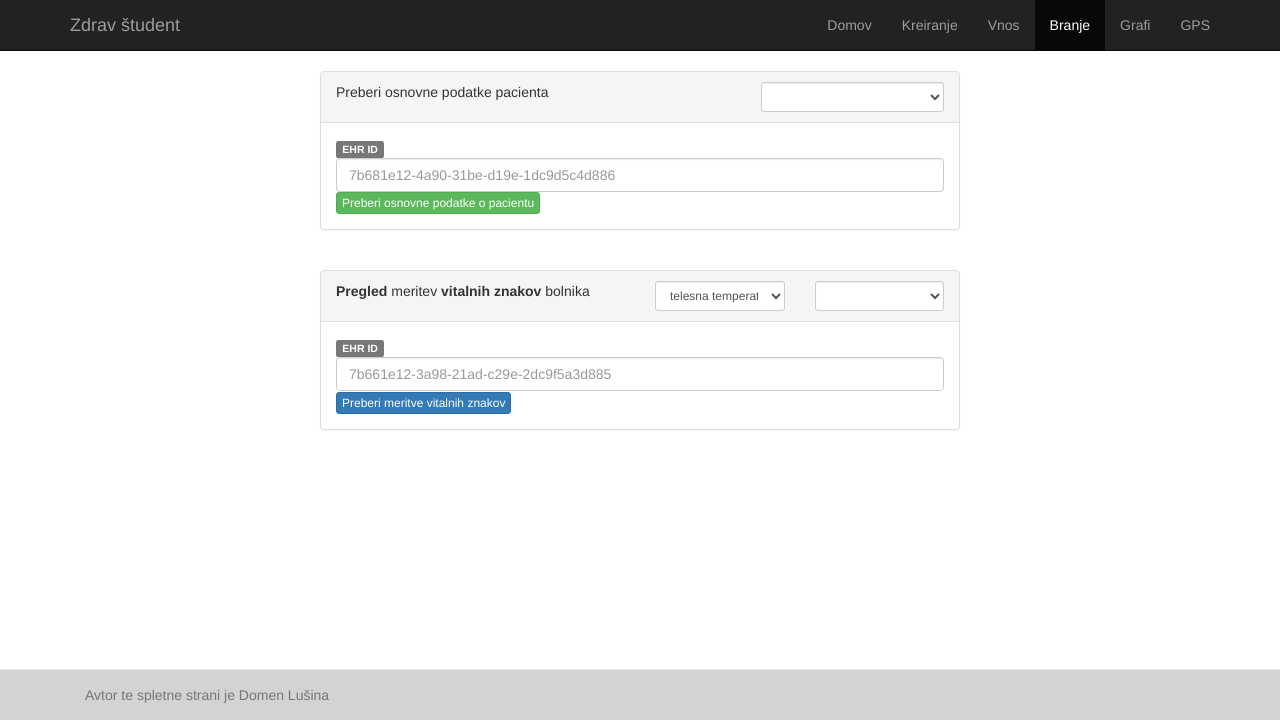
Repository: dl4184/ois-dn4
Page: branje.html
The author's editor kept a record of every edit. The page is drawn from the files as they stood at one moment, then again after the next edit.
The browser window is 1280 px wide. The pictures show the whole page.
Some web libraries are served in a nearby version.

Above is the page before.
Not found: css/styles.css

### branje.html
    <!DOCTYPE html>
    <html>
            <head>
                    <title>WebApp ois</title>
                    <meta charset="utf-8">
                    <meta name="viewport" content="width=device-width, initial-scale=1.0">
                    <script src = "http://ajax.googleapis.com/ajax/libs/jquery/2.1.0/jquery.min.js"></script>
                    <script src = "js/bootstrap.js"></script>
                    <link href = "css/bootstrap.min.css" rel = "stylesheet">
                    <link href = "css/styles.css" rel = "stylesheet">
                    <script src="demo.js"></script>
            </head>
            <body>

                    <div class = "navbar navbar-inverse navbar-static-top">
                            <div class = "container">

                                    <a href = "index.html" class = "navbar-brand">Zdrav študent</a>

                                    <button class = "navbar-toggle" data-toggle = "collapse" data-target = ".navHeaderCollapse">
                                            <span class = "icon-bar"></span>
                                            <span class = "icon-bar"></span>
                                            <span class = "icon-bar"></span>
                                    </button>

                                    <div class = "collapse navbar-collapse navHeaderCollapse">

                                            <ul class = "nav navbar-nav navbar-right">

                                                    <li><a href = "index.html">Domov</a></li>
                                                    <li><a href = "kreiranje.html">Kreiranje</a></li>
                                                    <li><a href = "vnos.html">Vnos</a></li>
                                                    <li class = "active"><a href = "branje.html">Branje</a></li>
													<li><a href = "grafi.html">Grafi</a></li>
													<li><a href = "gps.html">GPS</a></li>

                                            </ul>

                                    </div>

                            </div>
                    </div>

                    	<div class="panel panel-default" style="width: 50%;margin: 0 auto">
                            <div class="panel-heading">
                                <div class="row">
                                    <div class="col-lg-8 col-md-8 col-sm-8">Preberi osnovne podatke pacienta</div>
                                    <div class="col-lg-4 col-md-4 col-sm-4"><select class="form-control input-sm" id="preberiObstojeciEHR"><option value=""></select></div>
                                </div>
                            </div>
                            <div class="panel-body">
                            <span class="label label-default">EHR ID</span><input id="preberiEHRid" type="text" class="form-control input-mini" placeholder="7b681e12-4a90-31be-d19e-1dc9d5c4d886">
                            <button type="button" class="btn btn-success btn-xs" onclick="preberiEHRBolnika()">Preberi osnovne podatke o pacientu</button><span id="preberiSporocilo"></span>
                            </div>
                        </div>
                        <br></br>
                        <div class="panel panel-default" style="width: 50%;margin: 0 auto">
					        <div class="panel-heading">
						        <div class="row">
							        <div class="col-lg-6 col-md-6 col-sm-6"><b>Pregled</b> meritev <b>vitalnih znakov</b> bolnika</div>
							        <div class="col-lg-3 col-md-3 col-sm-3"><select class="form-control input-sm" id="preberiTipZaVitalneZnake"><option value="telesna temperatura">telesna temperatura</option><option value="telesna temperatura AQL">telesna temperatura (filter na podhladitev)</option><option value="telesna teža">telesna teža</option></select></div>
							        <div class="col-lg-3 col-md-3 col-sm-3"><select class="form-control input-sm" id="preberiEhrIdZaVitalneZnake"><option value=""></option><option value="b931580f-2b05-488b-985b-8d9ffb08ad02">Ata Smrk</option></select></div>
						        </div>
					        </div>
    					    <div class="panel-body">
    						    <span class="label label-default">EHR ID</span><input id="meritveVitalnihZnakovEHRid" type="text" class="form-control input-mini" placeholder="7b661e12-3a98-21ad-c29e-2dc9f5a3d885">
    						    <button type="button" class="btn btn-primary btn-xs" onclick="preberiMeritveVitalnihZnakov('telesna temperatura')">Preberi meritve vitalnih znakov</button><span id="preberiMeritveVitalnihZnakovSporocilo"></span>
    						    <div id="rezultatMeritveVitalnihZnakov"></div>
    				  	    </div>
				        </div>


					 <div class = "navbar navbar-default navbar-fixed-bottom" style="background-color:lightgray">

                        <div class = "container">
                                <p class = "navbar-text pull-left">Avtor te spletne strani je Domen Lušina</p>
                        </div>

					</div>



            </body>
    </html>

### demo.js

var baseUrl = 'https://rest.ehrscape.com/rest/v1';
var queryUrl = baseUrl + '/query';

var username = "ois.seminar";
var password = "ois4fri";

function getSessionId() {
    var response = $.ajax({
        type: "POST",
        url: baseUrl + "/session?username=" + encodeURIComponent(username) +
                "&password=" + encodeURIComponent(password),
        async: false
    });
    return response.responseJSON.sessionId;
}


function kreirajEHRzaBolnika() {
	sessionId = getSessionId();

	var ime = $("#kreirajIme").val();
	var priimek = $("#kreirajPriimek").val();
	var datumRojstva = $("#kreirajDatumRojstva").val();

	if (!ime || !priimek || !datumRojstva || ime.trim().length == 0 || priimek.trim().length == 0 || datumRojstva.trim().length == 0) {
		$("#kreirajSporocilo").html("<span class='obvestilo label label-warning fade-in'>Prosim vnesite zahtevane podatke!</span>");
	} else {
		$.ajaxSetup({
		    headers: {"Ehr-Session": sessionId}
		});
		$.ajax({
		    url: baseUrl + "/ehr",
		    type: 'POST',
		    success: function (data) {
		        var ehrId = data.ehrId;
		        var partyData = {
		            firstNames: ime,
		            lastNames: priimek,
		            dateOfBirth: datumRojstva,
		            partyAdditionalInfo: [{key: "ehrId", value: ehrId}]
		        };
		        $.ajax({
		            url: baseUrl + "/demographics/party",
		            type: 'POST',
		            contentType: 'application/json',
		            data: JSON.stringify(partyData),
		            success: function (party) {
		                if (party.action == 'CREATE') {
		                    $("#kreirajSporocilo").html("<span class='obvestilo label label-success fade-in'>Uspešno kreiran EHR '" + ehrId + "'.</span>");
		                    console.log("Uspešno kreiran EHR '" + ehrId + "'.");
		                    $("#preberiEHRid").val(ehrId);
		                }
		            },
		            error: function(err) {
		            	$("#kreirajSporocilo").html("<span class='obvestilo label label-danger fade-in'>Napaka '" + JSON.parse(err.responseText).userMessage + "'!");
		            	console.log(JSON.parse(err.responseText).userMessage);
		            }
		        });
		    }
		});
	}
}


function preberiEHRBolnika() {
	sessionId = getSessionId();

	var ehrId = $("#preberiEHRid").val();

	if (!ehrId || ehrId.trim().length == 0) {
		$("#preberiSporocilo").html("<span class='obvestilo label label-warning fade-in'>Prosim vnesite zahtevan podatek!");
	} else {
		$.ajax({
			url: baseUrl + "/demographics/ehr/" + ehrId + "/party",
			type: 'GET',
			headers: {"Ehr-Session": sessionId},
	    	success: function (data) {
				var party = data.party;
				$("#preberiSporocilo").html("<span class='obvestilo label label-success fade-in'>Bolnik '" + party.firstNames + " " + party.lastNames + "', ki se je rodil '" + party.dateOfBirth + "'.</span>");
				console.log("Bolnik '" + party.firstNames + " " + party.lastNames + "', ki se je rodil '" + party.dateOfBirth + "'.");
			},
			error: function(err) {
				$("#preberiSporocilo").html("<span class='obvestilo label label-danger fade-in'>Napaka '" + JSON.parse(err.responseText).userMessage + "'!");
				console.log(JSON.parse(err.responseText).userMessage);
			}
		});
	}
}


function dodajMeritveVitalnihZnakov() {
	sessionId = getSessionId();

	var ehrId = $("#dodajVitalnoEHR").val();
	var datumInUra = $("#dodajVitalnoDatumInUra").val();
	var telesnaVisina = $("#dodajVitalnoTelesnaVisina").val();
	var telesnaTeza = $("#dodajVitalnoTelesnaTeza").val();
	var telesnaTemperatura = $("#dodajVitalnoTelesnaTemperatura").val();
	var sistolicniKrvniTlak = $("#dodajVitalnoKrvniTlakSistolicni").val();
	var diastolicniKrvniTlak = $("#dodajVitalnoKrvniTlakDiastolicni").val();
	var nasicenostKrviSKisikom = $("#dodajVitalnoNasicenostKrviSKisikom").val();
	var merilec = $("#dodajVitalnoMerilec").val();

	if (!ehrId || ehrId.trim().length == 0) {
		$("#dodajMeritveVitalnihZnakovSporocilo").html("<span class='obvestilo label label-warning fade-in'>Prosim vnesite zahtevane podatke!</span>");
	} else {
		$.ajaxSetup({
		    headers: {"Ehr-Session": sessionId}
		});
		var podatki = {
			// Preview Structure: https://rest.ehrscape.com/rest/v1/template/Vital%20Signs/example
		    "ctx/language": "en",
		    "ctx/territory": "SI",
		    "ctx/time": datumInUra,
		    "vital_signs/height_length/any_event/body_height_length": telesnaVisina,
		    "vital_signs/body_weight/any_event/body_weight": telesnaTeza,
		   	"vital_signs/body_temperature/any_event/temperature|magnitude": telesnaTemperatura,
		    "vital_signs/body_temperature/any_event/temperature|unit": "°C",
		    "vital_signs/blood_pressure/any_event/systolic": sistolicniKrvniTlak,
		    "vital_signs/blood_pressure/any_event/diastolic": diastolicniKrvniTlak,
		    "vital_signs/indirect_oximetry:0/spo2|numerator": nasicenostKrviSKisikom
		};
		var parametriZahteve = {
		    "ehrId": ehrId,
		    templateId: 'Vital Signs',
		    format: 'FLAT',
		    committer: merilec
		};
		$.ajax({
		    url: baseUrl + "/composition?" + $.param(parametriZahteve),
		    type: 'POST',
		    contentType: 'application/json',
		    data: JSON.stringify(podatki),
		    success: function (res) {
		    	console.log(res.meta.href);
		        $("#dodajMeritveVitalnihZnakovSporocilo").html("<span class='obvestilo label label-success fade-in'>" + res.meta.href + ".</span>");
		    },
		    error: function(err) {
		    	$("#dodajMeritveVitalnihZnakovSporocilo").html("<span class='obvestilo label label-danger fade-in'>Napaka '" + JSON.parse(err.responseText).userMessage + "'!");
				console.log(JSON.parse(err.responseText).userMessage);
		    }
		});
	}
}


function preberiMeritveVitalnihZnakov() {
	sessionId = getSessionId();

	var ehrId = $("#meritveVitalnihZnakovEHRid").val();
	var tip = $("#preberiTipZaVitalneZnake").val();

	if (!ehrId || ehrId.trim().length == 0 || !tip || tip.trim().length == 0) {
		$("#preberiMeritveVitalnihZnakovSporocilo").html("<span class='obvestilo label label-warning fade-in'>Prosim vnesite zahtevan podatek!");
	} else {
		$.ajax({
			url: baseUrl + "/demographics/ehr/" + ehrId + "/party",
	    	type: 'GET',
	    	headers: {"Ehr-Session": sessionId},
	    	success: function (data) {
				var party = data.party;
				$("#rezultatMeritveVitalnihZnakov").html("<br/><span>Pridobivanje podatkov za <b>'" + tip + "'</b> bolnika <b>'" + party.firstNames + " " + party.lastNames + "'</b>.</span><br/><br/>");
				if (tip == "telesna temperatura") {
					$.ajax({
					    url: baseUrl + "/view/" + ehrId + "/" + "body_temperature",
					    type: 'GET',
					    headers: {"Ehr-Session": sessionId},
					    success: function (res) {
					    	if (res.length > 0) {
						    	var results = "<table class='table table-striped table-hover'><tr><th>Datum in ura</th><th class='text-right'>Telesna temperatura</th></tr>";
						        for (var i in res) {
						            results += "<tr><td>" + res[i].time + "</td><td class='text-right'>" + res[i].temperature + " " 	+ res[i].unit + "</td>";
						        }
						        results += "</table>";
						        $("#rezultatMeritveVitalnihZnakov").append(results);
					    	} else {
					    		$("#preberiMeritveVitalnihZnakovSporocilo").html("<span class='obvestilo label label-warning fade-in'>Ni podatkov!</span>");
					    	}
					    },
					    error: function() {
					    	$("#preberiMeritveVitalnihZnakovSporocilo").html("<span class='obvestilo label label-danger fade-in'>Napaka '" + JSON.parse(err.responseText).userMessage + "'!");
							console.log(JSON.parse(err.responseText).userMessage);
					    }
					});
				} else if (tip == "telesna teža") {
					$.ajax({
					    url: baseUrl + "/view/" + ehrId + "/" + "weight",
					    type: 'GET',
					    headers: {"Ehr-Session": sessionId},
					    success: function (res) {
					    	if (res.length > 0) {
						    	var results = "<table class='table table-striped table-hover'><tr><th>Datum in ura</th><th class='text-right'>Telesna teža</th></tr>";
						        for (var i in res) {
						            results += "<tr><td>" + res[i].time + "</td><td class='text-right'>" + res[i].weight + " " 	+ res[i].unit + "</td>";
						        }
						        results += "</table>";
						        $("#rezultatMeritveVitalnihZnakov").append(results);
					    	} else {
					    		$("#preberiMeritveVitalnihZnakovSporocilo").html("<span class='obvestilo label label-warning fade-in'>Ni podatkov!</span>");
					    	}
					    },
					    error: function() {
					    	$("#preberiMeritveVitalnihZnakovSporocilo").html("<span class='obvestilo label label-danger fade-in'>Napaka '" + JSON.parse(err.responseText).userMessage + "'!");
							console.log(JSON.parse(err.responseText).userMessage);
					    }
					});
				} else if (tip == "telesna temperatura AQL") {
					var AQL =
						"select " +
    						"t/data[at0002]/events[at0003]/time/value as cas, " +
    						"t/data[at0002]/events[at0003]/data[at0001]/items[at0004]/value/magnitude as temperatura_vrednost, " +
    						"t/data[at0002]/events[at0003]/data[at0001]/items[at0004]/value/units as temperatura_enota " +
						"from EHR e[e/ehr_id/value='" + ehrId + "'] " +
						"contains OBSERVATION t[openEHR-EHR-OBSERVATION.body_temperature.v1] " +
						"where t/data[at0002]/events[at0003]/data[at0001]/items[at0004]/value/magnitude<35 " +
						"order by t/data[at0002]/events[at0003]/time/value desc " +
						"limit 10";
					$.ajax({
					    url: baseUrl + "/query?" + $.param({"aql": AQL}),
					    type: 'GET',
					    headers: {"Ehr-Session": sessionId},
					    success: function (res) {
					    	var results = "<table class='table table-striped table-hover'><tr><th>Datum in ura</th><th class='text-right'>Telesna temperatura</th></tr>";
					    	if (res) {
					    		var rows = res.resultSet;
						        for (var i in rows) {
						            results += "<tr><td>" + rows[i].cas + "</td><td class='text-right'>" + rows[i].temperatura_vrednost + " " 	+ rows[i].temperatura_enota + "</td>";
						        }
						        results += "</table>";
						        $("#rezultatMeritveVitalnihZnakov").append(results);
					    	} else {
					    		$("#preberiMeritveVitalnihZnakovSporocilo").html("<span class='obvestilo label label-warning fade-in'>Ni podatkov!</span>");
					    	}

					    },
					    error: function() {
					    	$("#preberiMeritveVitalnihZnakovSporocilo").html("<span class='obvestilo label label-danger fade-in'>Napaka '" + JSON.parse(err.responseText).userMessage + "'!");
							console.log(JSON.parse(err.responseText).userMessage);
					    }
					});
				}
	    	},
	    	error: function(err) {
	    		$("#preberiMeritveVitalnihZnakovSporocilo").html("<span class='obvestilo label label-danger fade-in'>Napaka '" + JSON.parse(err.responseText).userMessage + "'!");
				console.log(JSON.parse(err.responseText).userMessage);
	    	}
		});
	}
}


$(document).ready(function() {
    $.ajax({
            url : "clanek.txt",
            dataType: "text",
            success : function (data) {
                $(".text").html(data);
            }
        });
	$('#preberiObstojeciEHR').change(function() {
		$("#preberiSporocilo").html("");
		$("#preberiEHRid").val($(this).val());
	});
	$('#preberiPredlogoBolnika').change(function() {
		$("#kreirajSporocilo").html("");
		var podatki = $(this).val().split(",");
		$("#kreirajIme").val(podatki[0]);
		$("#kreirajPriimek").val(podatki[1]);
		$("#kreirajDatumRojstva").val(podatki[2]);
	});
	$('#preberiObstojeciVitalniZnak').change(function() {
		$("#dodajMeritveVitalnihZnakovSporocilo").html("");
		var podatki = $(this).val().split("|");
		$("#dodajVitalnoEHR").val(podatki[0]);
		$("#dodajVitalnoDatumInUra").val(podatki[1]);
		$("#dodajVitalnoTelesnaVisina").val(podatki[2]);
		$("#dodajVitalnoTelesnaTeza").val(podatki[3]);
		$("#dodajVitalnoTelesnaTemperatura").val(podatki[4]);
		$("#dodajVitalnoKrvniTlakSistolicni").val(podatki[5]);
		$("#dodajVitalnoKrvniTlakDiastolicni").val(podatki[6]);
		$("#dodajVitalnoNasicenostKrviSKisikom").val(podatki[7]);
		$("#dodajVitalnoMerilec").val(podatki[8]);
	});
	$('#preberiEhrIdZaVitalneZnake').change(function() {
		$("#preberiMeritveVitalnihZnakovSporocilo").html("");
		$("#rezultatMeritveVitalnihZnakov").html("");
		$("#meritveVitalnihZnakovEHRid").val($(this).val());
	});
});

Loaded but not shown: js/bootstrap.js (library); css/bootstrap.min.css (library)

After the next edit:
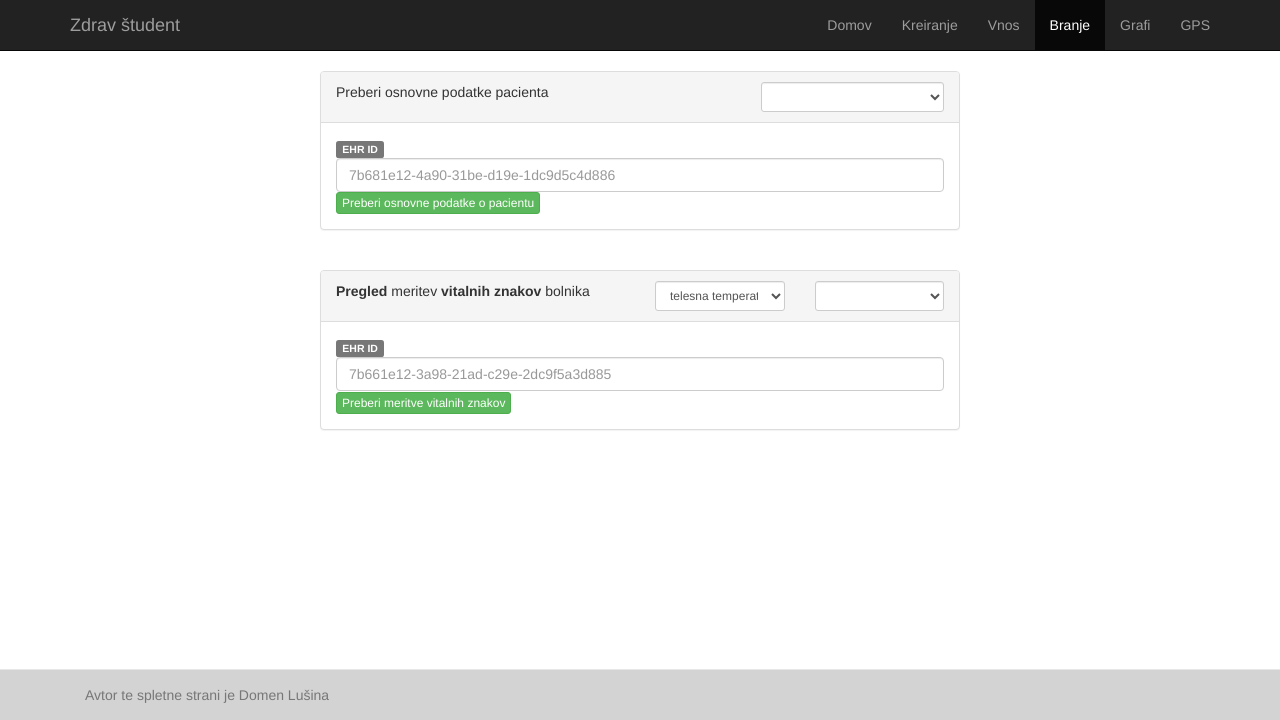
The edit:
--- a/branje.html
+++ b/branje.html
@@ -64,7 +64,7 @@
 					        </div>
     					    <div class="panel-body">
     						    <span class="label label-default">EHR ID</span><input id="meritveVitalnihZnakovEHRid" type="text" class="form-control input-mini" placeholder="7b661e12-3a98-21ad-c29e-2dc9f5a3d885">
-    						    <button type="button" class="btn btn-primary btn-xs" onclick="preberiMeritveVitalnihZnakov('telesna temperatura')">Preberi meritve vitalnih znakov</button><span id="preberiMeritveVitalnihZnakovSporocilo"></span>
+    						    <button type="button" class="btn btn-success btn-xs" onclick="preberiMeritveVitalnihZnakov('telesna temperatura')">Preberi meritve vitalnih znakov</button><span id="preberiMeritveVitalnihZnakovSporocilo"></span>
     						    <div id="rezultatMeritveVitalnihZnakov"></div>
     				  	    </div>
 				        </div>
